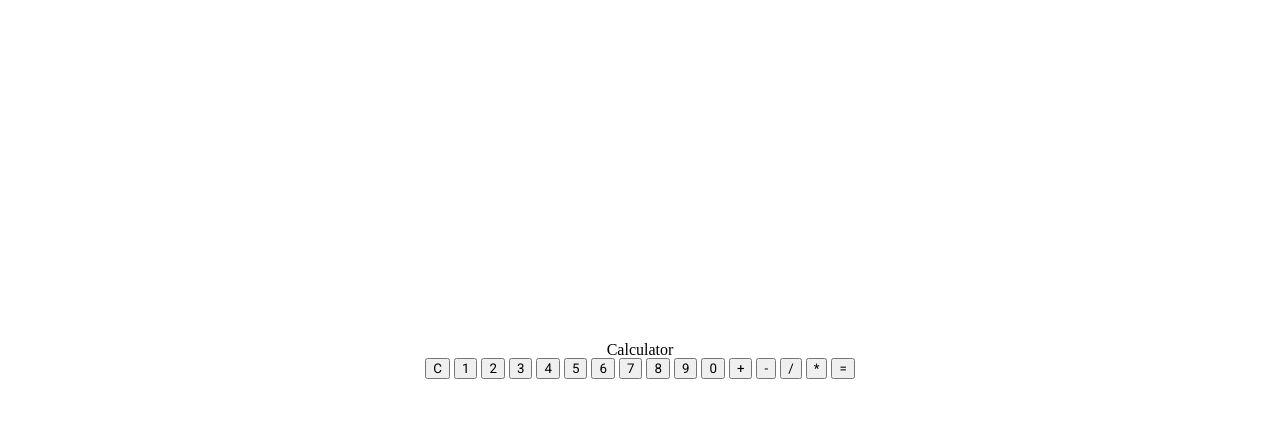
Repository: Gibon9/SimpleCalc
Page: index.html
These files come from the project's save history. The page is drawn as it stood at one moment and after the next save; the edit follows.
The browser window is 1280 px wide. The pictures show the whole page.
Some web fonts or font styles are not loaded; a fallback is used.

Above is the page before, as saved 2020-11-25 20:50:30.

### index.html
<!DOCTYPE html>
<html lang="en">
  <head>
    <meta charset="UTF-8" />
    <meta name="viewport" content="width=device-width, initial-scale=1.0" />
    <link rel="stylesheet" href="style/reset.css" />
    <link rel="stylesheet" href="style/style.css" />
    <title>Calculator</title>
  </head>

  <body>
    <main class="main">
      <h1 class="title">Calculator</h1>
      <section class="clac">
        <div class="calc-display" id="display"></div>
        <button class="calc-button" id="clear">C</button>
        <button class="calc-button" id="btn1">1</button>
        <button class="calc-button" id="btn2">2</button>
        <button class="calc-button" id="btn3">3</button>
        <button class="calc-button" id="btn4">4</button>
        <button class="calc-button" id="btn5">5</button>
        <button class="calc-button" id="btn6">6</button>
        <button class="calc-button" id="btn7">7</button>
        <button class="calc-button" id="btn8">8</button>
        <button class="calc-button" id="btn9">9</button>
        <button class="calc-button" id="btn0">0</button>
        <button class="calc-button" id="plus">+</button>
        <button class="calc-button" id="minus">-</button>
        <button class="calc-button" id="divide">/</button>
        <button class="calc-button" id="multiply">*</button>
        <button class="calc-button" id="equal">=</button>
      </section>
    </main>
    <script src="./index.js"></script>
  </body>
</html>

### style/style.css
@import url("https://fonts.googleapis.com/css2?family=Roboto&family=Saira+Stencil+One&display=swap");

:root {
  --background-color: grey;
  --display-color: black;
  --primary-color: #05e93a;
  --secondary-color: #feec00;
}

.calc-display,
.title {
  font-family: "Saira Stencil One", cursive;
}

.calc-button {
  font-family: "Roboto", sans-serif;
}

.main {
  display: flex;
  flex-direction: column;
  justify-content: center;
  align-items: center;
  width: 100vw;
  height: 100vh;
}

Loaded but not shown: style/reset.css (common file); index.js (no copy from this time; the picture is the same without it)

After the next save:
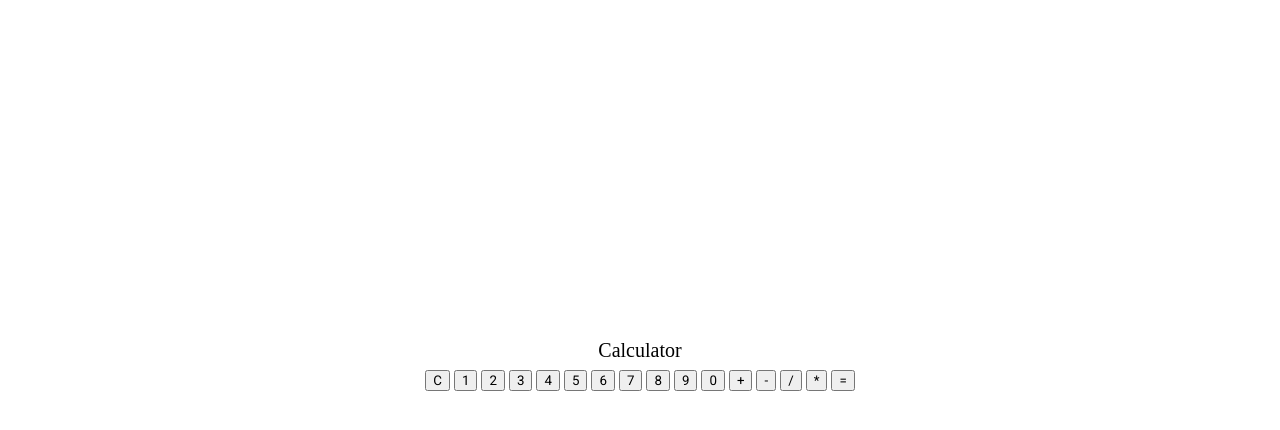
Saved 68 s later.
--- a/style/style.css
+++ b/style/style.css
@@ -24,3 +24,8 @@
   width: 100vw;
   height: 100vh;
 }
+
+.title {
+  font-size: 20px;
+  margin: 10px 0;
+}
